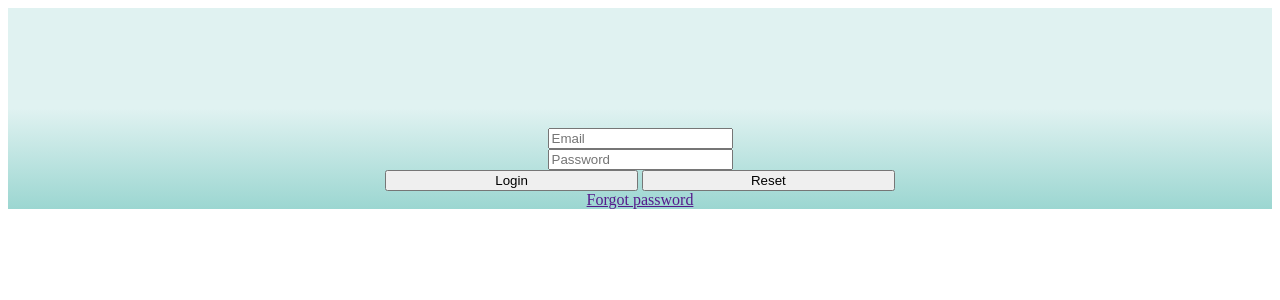
Repository: Indurupi/FriendZone
Page: FriendZoneFrontEnd/WebContent/js/service/login.html
These files come from the project's save history. The page is drawn as it stood at one moment and after the next save; the edit follows.
The browser window is 1280 px wide. The pictures show the whole page.

Above is the page before, as saved 2017-03-20 09:18:15.

### FriendZoneFrontEnd/WebContent/js/service/login.html
<!DOCTYPE html>
<html>
<head>
<meta charset="ISO-8859-1">
<title>Friendzone</title>
<style type="text/css">
#loginpage {
	background: linear-gradient(to bottom, #e0f2f1 50%, #80cbc4 120%);
	color: #ffffff;
	padding-top: 100px;
}
</style>
</head>
<body>
	<div align="center" id="loginpage">
		<form style="padding-top: 20px">
			<div class="input-group" id="LoginUsername">
				<span class="input-group-addon" id="basic-addon1">
					<div class="glyphicon glyphicon-user"></div>
				</span> <input type="text" class="form-control" placeholder="Email"
					aria-describedby="basic-addon1" />
			</div>

			<div class="input-group">
				<span class="input-group-addon" id="basic-addon1">
					<div class="glyphicon glyphicon-lock"></div>
				</span> <input type="password" class="form-control" placeholder="Password"
					aria-describedby="basic-addon1" />
			</div>


			<button class="btn" id="custom-button" style="width: 20%"
				type="submit">Login</button>
			<button class="btn" id="custom-button" style="width: 20%"
				type="reset">Reset</button>
			<br> <a href="">Forgot password</a>
		</form>
	</div>
</body>
</html>

After the next save:
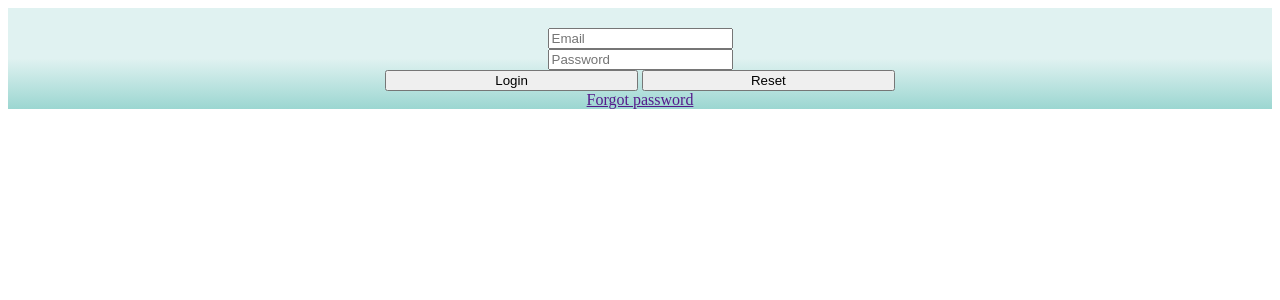
Saved 22 s later.
--- a/FriendZoneFrontEnd/WebContent/js/service/login.html
+++ b/FriendZoneFrontEnd/WebContent/js/service/login.html
@@ -7,7 +7,7 @@
 #loginpage {
 	background: linear-gradient(to bottom, #e0f2f1 50%, #80cbc4 120%);
 	color: #ffffff;
-	padding-top: 100px;
+	height
 }
 </style>
 </head>
